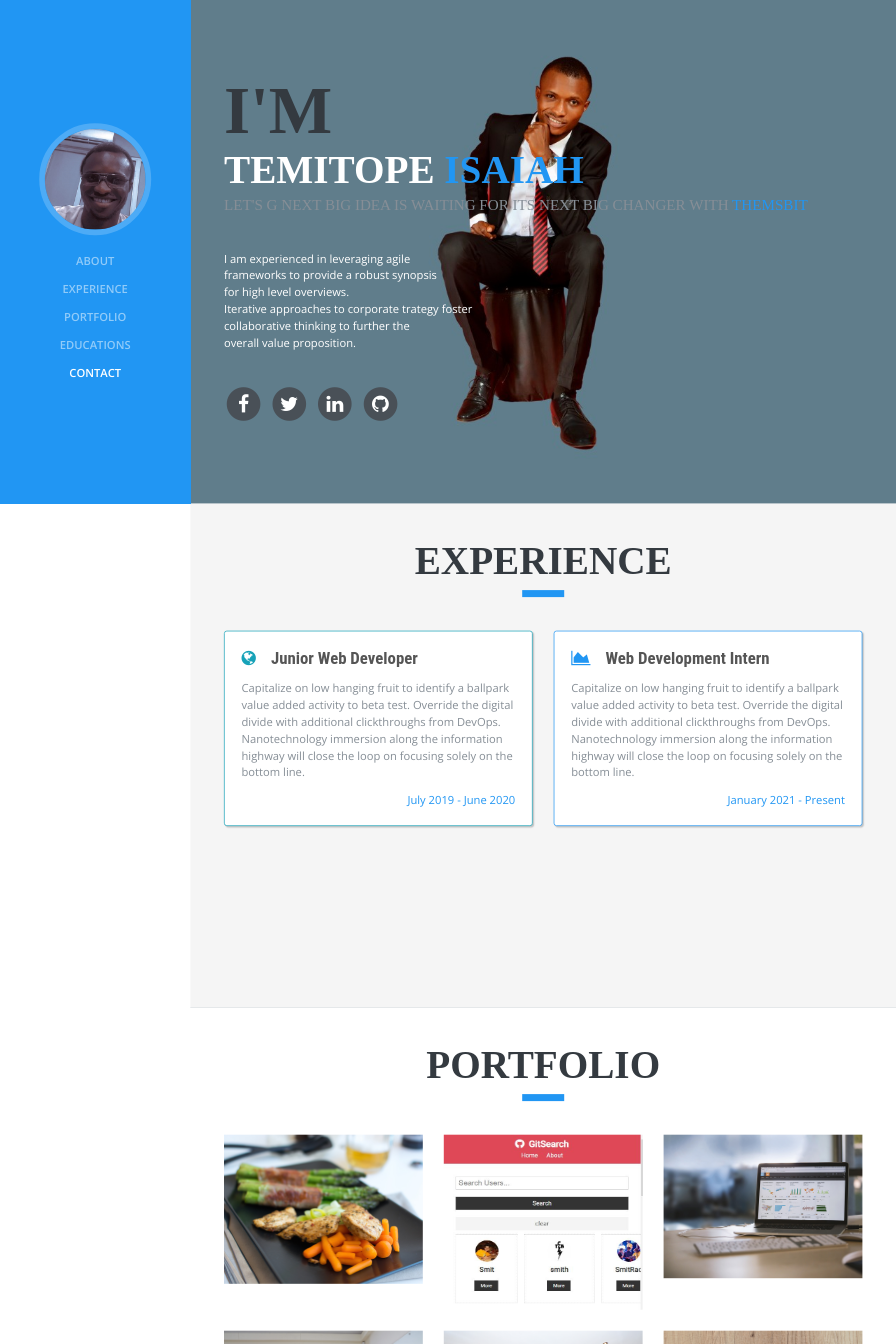
Repository: smit1298/portfolio
Page: index.html
The author's editor kept a copy of each file at every save. The page is drawn from the files as they stood at one save, then again after the next save.
The browser window is 1280 px wide. The pictures show the part of the page from y = 0 to 1920 px (the page is 4819 px tall), at 70% of full size.
Some web fonts or font styles are not loaded; a fallback is used.

Above is the page before, as saved 2021-06-28 18:01:04.

After the next save:
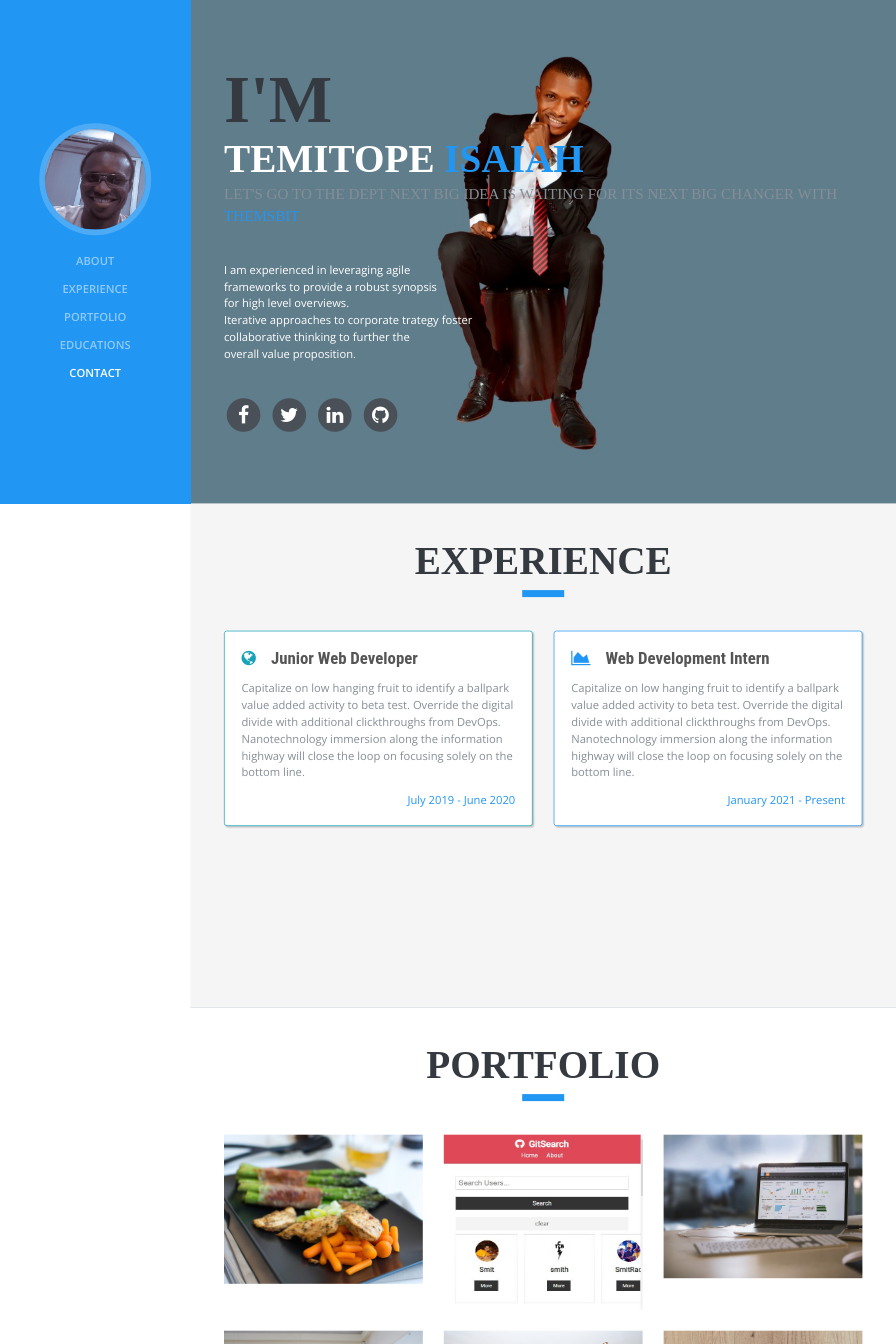
Saved 7 s later.
--- a/index.html
+++ b/index.html
@@ -99,7 +99,7 @@
             <span class="text-primary">Isaiah</span>
           </h2>
           <div class="subheading mb-5">
-            LET'S G NEXT BIG IDEA IS WAITING FOR ITS NEXT BIG CHANGER WITH
+            LET'S GO TO THE DEPT  NEXT BIG IDEA IS WAITING FOR ITS NEXT BIG CHANGER WITH
             <a href="#">THEMSBIT</a>
           </div>
           <p class="mb-5" style="max-width: 500px">
